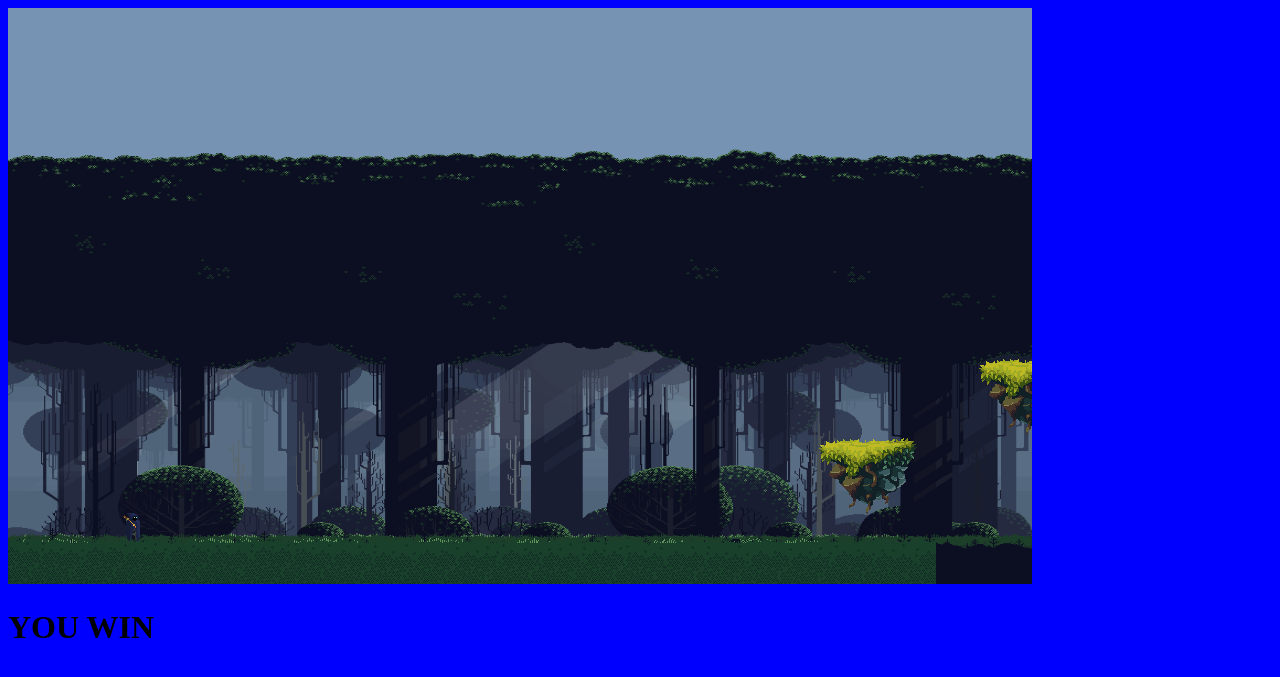
Repository: chenbert1211/Fullstack-Projects
Page: game2/game.html
The author's editor kept a record of every edit. The page is drawn from the files as they stood at one moment, then again after the next edit.
The browser window is 1280 px wide. The pictures show the whole page.

Above is the page before.

After the next edit:
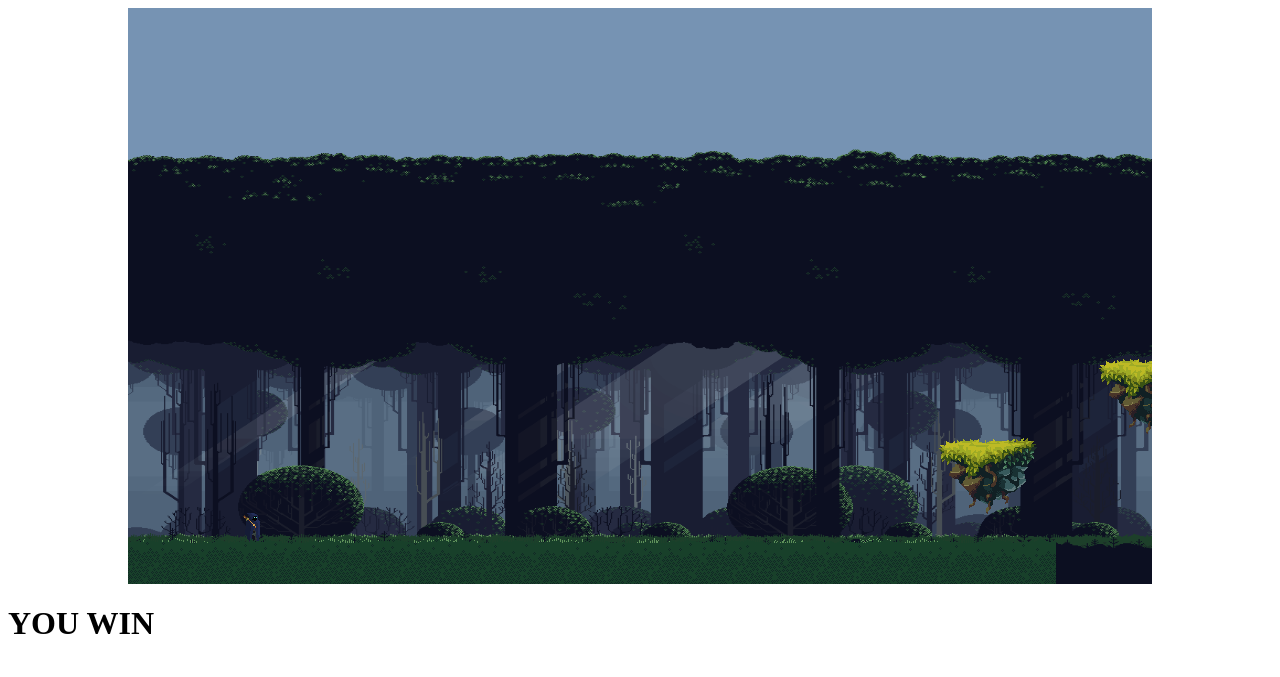
The edit:
--- a/game2/css.css
+++ b/game2/css.css
@@ -1,12 +1,11 @@
 #id{
-    position: absolute;
-    color: pink;
-    display: flex;
-    item-align: center;
-    background-color: pink;
-    text-align: center;
+   display: flex;
+  align-items: center;
+  justify-content: center;
 
 }
-body{
-    background-color: blue;
+div{
+    display: flex;
+  align-items: center;
+  justify-content: center;
 }
